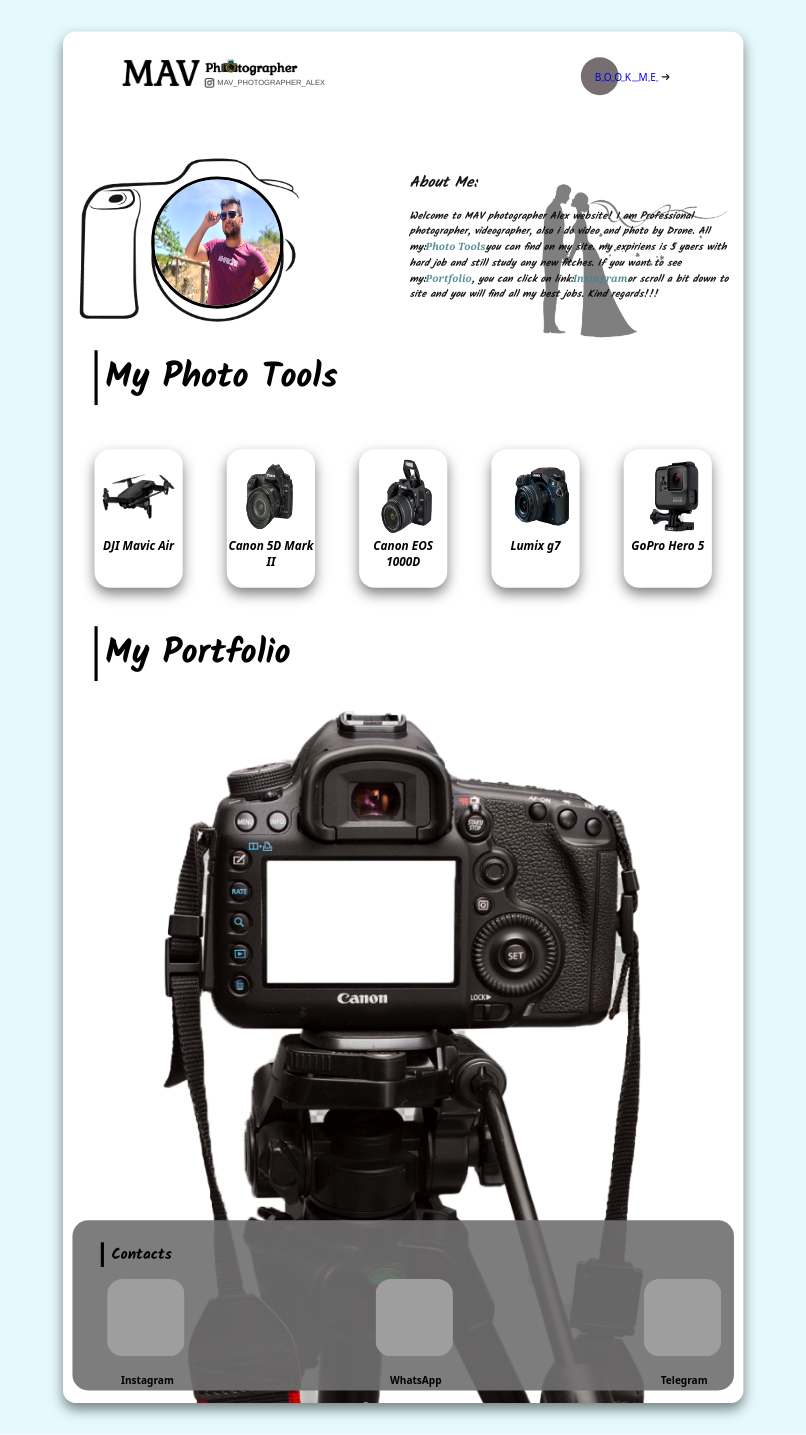
Repository: Dekabrist94/MAV
Page: /
The author's editor kept a copy of each file at every save. The page is drawn from the files as they stood at one save, then again after a run of saves.
The browser window is 1280 px wide. The pictures show the whole page, at 63% of full size.
Pictures or frames that could not be fetched are drawn as grey boxes. The project was rebuilt for these pictures with package versions that can differ from the ones it lists, and the page was loaded fresh each time. Also part of the build but not shown: src/components/media/media.css.

Above is the page before, as saved 2023-03-27 22:25:59.

After the next 3 saves:
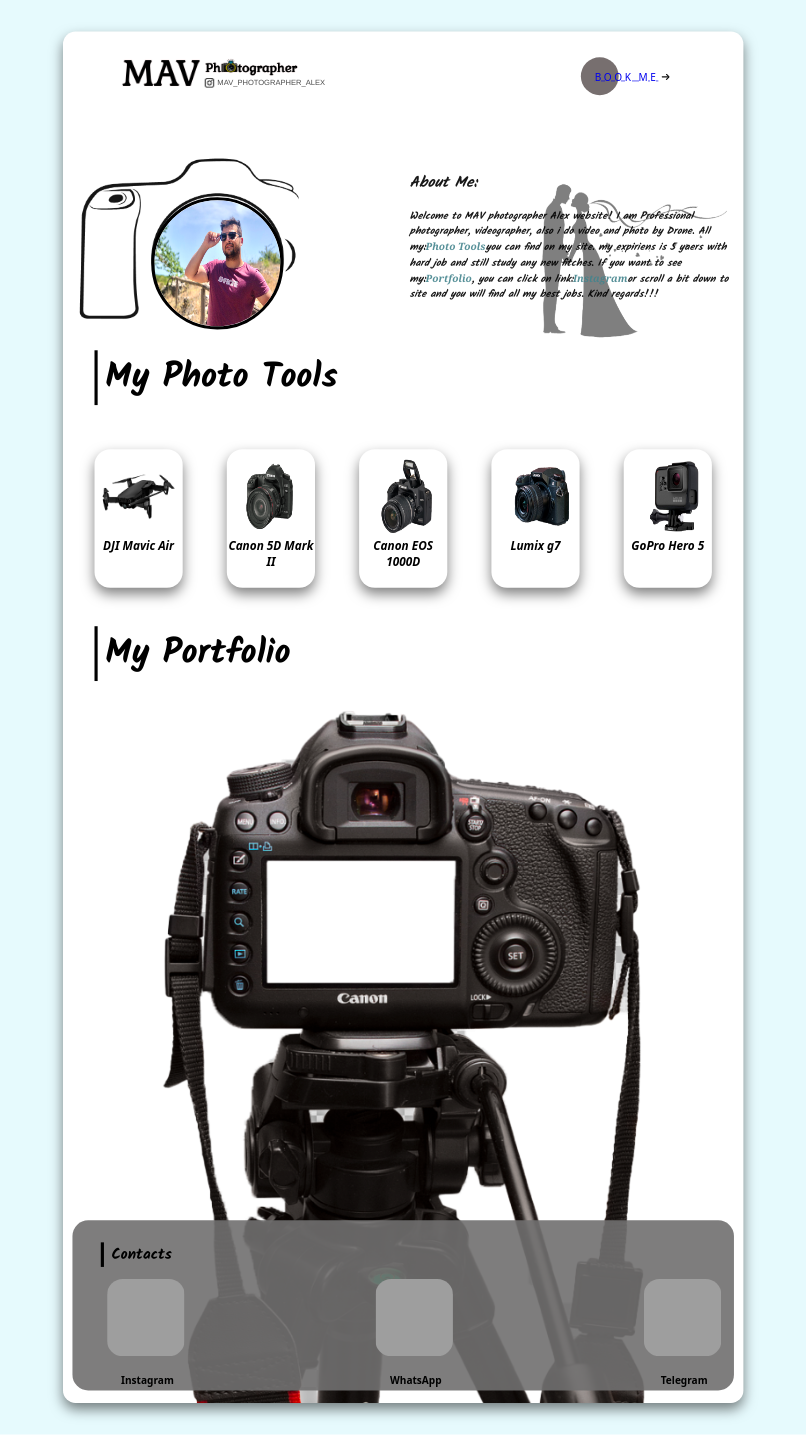
The 3 saves are shown as one change because they came seconds apart.
The last was saved 11 s later.
--- a/src/index.scss
+++ b/src/index.scss
@@ -130,7 +130,7 @@
 }
 .avatar {
   left: 140px;
-  top: 50px;
+  top: 83px;
   position: absolute;
   border-radius: 50%;
   border: 5px black solid;
